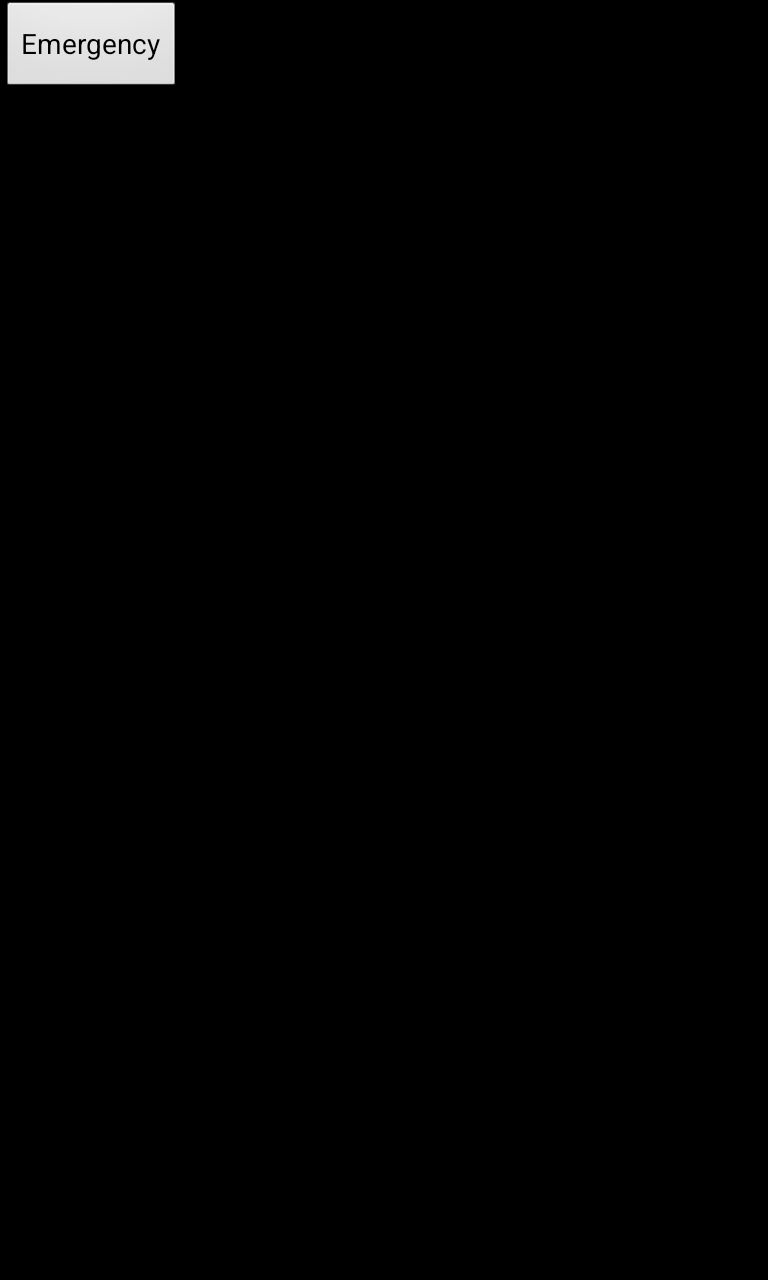
Repository: ProjPossibility/2014-USC-CareTaker-2
Layout: MyFirstApp/res/layout/activity_main.xml
These files come from the project's save history. The layout is drawn as it stood at one moment and after the next save; the edit follows.
It is drawn on a 768 x 1280 px phone screen (xhdpi) without system bars, with theme android:Theme; the app's code is not run.

Above is the layout before, as saved 2014-02-08 18:53:06.

After the next save:
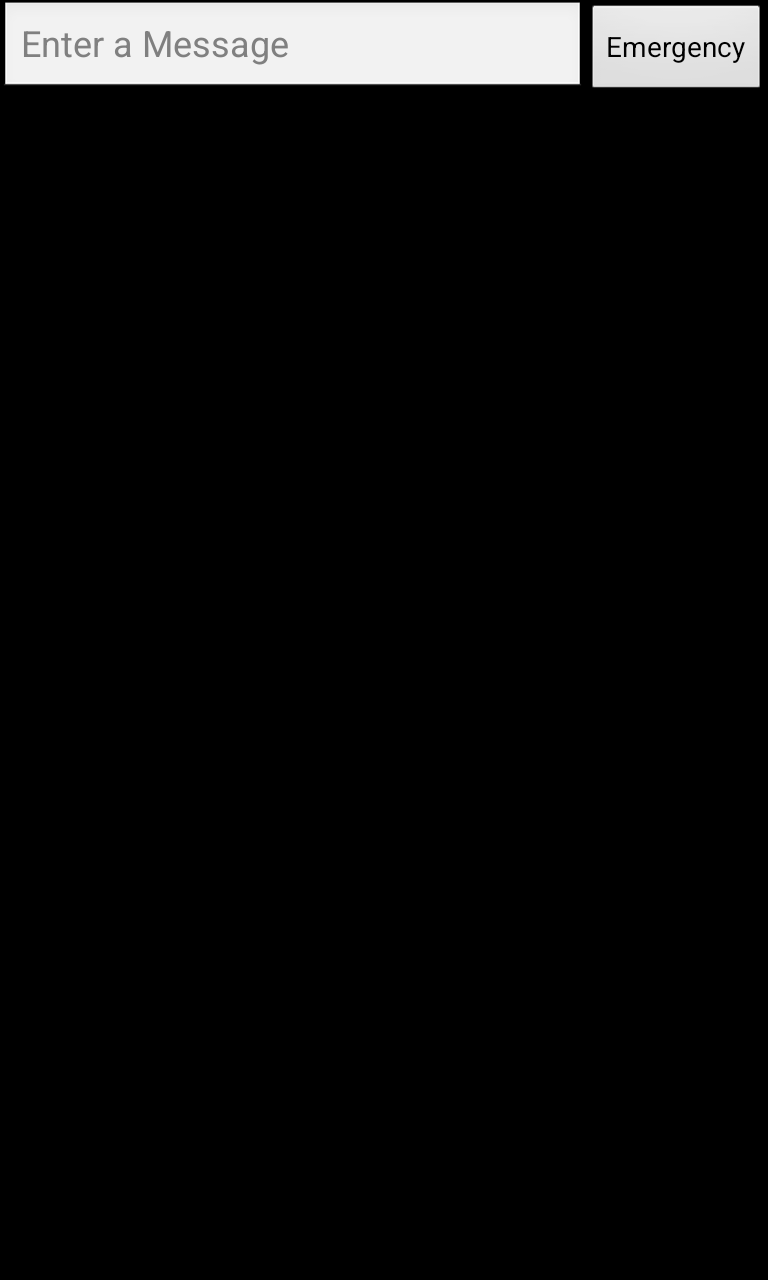
Saved 5 min 30 s later.
--- a/MyFirstApp/res/layout/activity_main.xml
+++ b/MyFirstApp/res/layout/activity_main.xml
@@ -3,11 +3,11 @@
     android:layout_width="match_parent"
     android:layout_height="match_parent"
     android:orientation="horizontal">
-    <!-- EditText android:id="@+id/edit_message"
+    <EditText android:id="@+id/edit_message"
         android:layout_width="0dp"
         android:layout_height="wrap_content"
         android:layout_weight="1"
-        android:hint="@string/edit_message"/-->
+        android:hint="@string/edit_message"/>
 	 <Button
 	     android:layout_width="wrap_content"
 	     android:layout_height="wrap_content"
